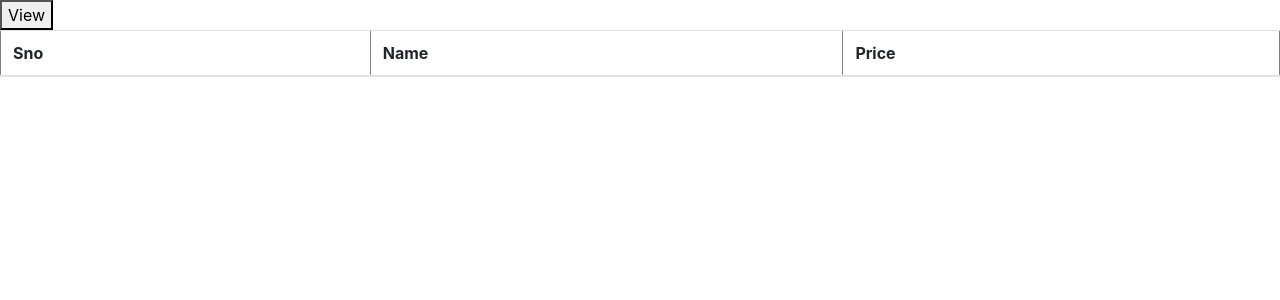
Repository: SHARMILAG97/WebApplication
Page: http://localhost/waterplant_web/viewusers.jsp
The author's editor kept a copy of each file at every save. The page is drawn from the files as they stood at one save, then again after the next save.
The browser window is 1280 px wide. The pictures show the whole page.
The page is served by Tomcat 9.

Above is the page before, as saved 2019-09-13 06:51:23.
Console error: TypeError: Cannot read properties of undefined (reading 'fn')

After the next save:
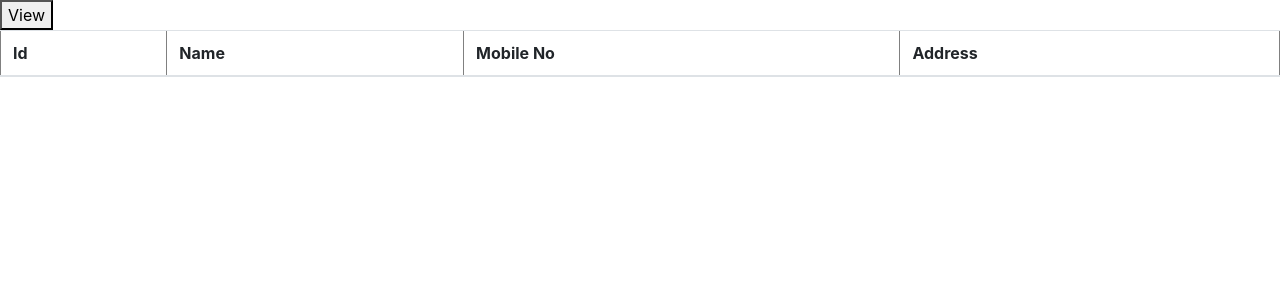
Saved 64 s later.
--- a/waterplant_web/src/main/webapp/viewusers.jsp
+++ b/waterplant_web/src/main/webapp/viewusers.jsp
@@ -40,9 +40,10 @@ function View()
  <table border="1" class="table table-condensed" id="tbl">
                 <thead>
                     <tr>
-                        <th>Sno</th>
+                        <th>Id</th>
                         <th>Name</th>
-                        <th>Price</th>
+                        <th>Mobile No</th>
+                        <th>Address</th>
                     </tr>
                 </thead>
                 <tbody id="tbody">
